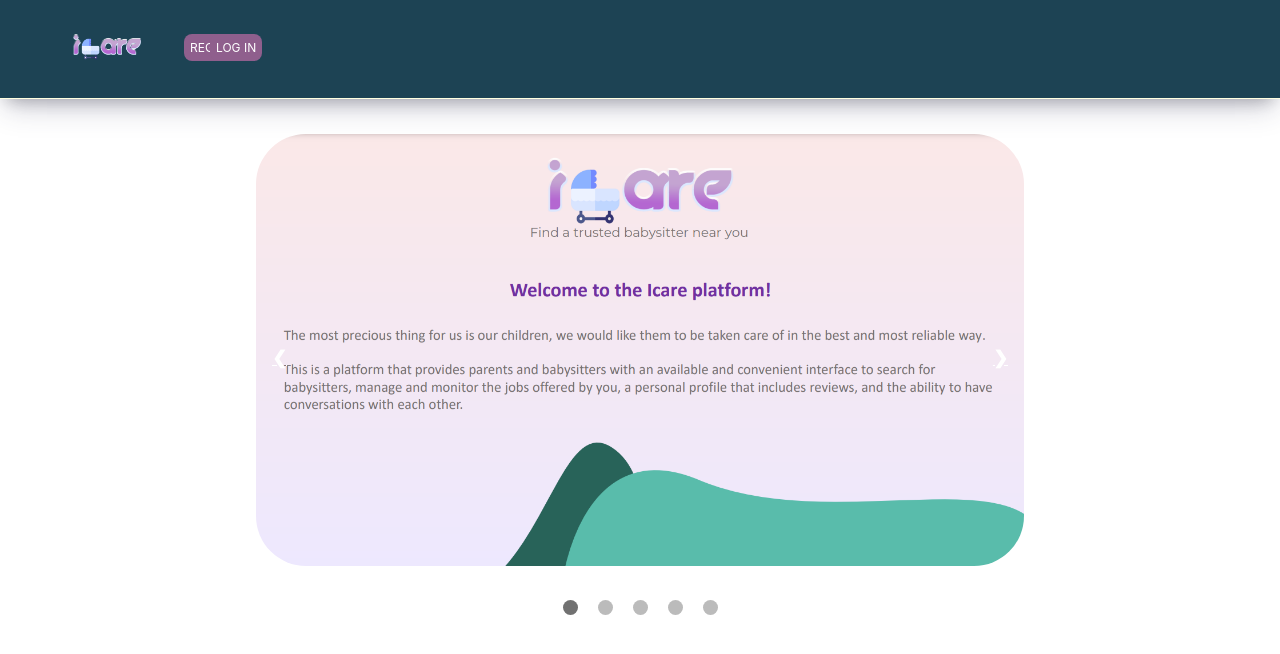
Repository: DorAzaria/iCare
Page: / (app in front-end/)
An editor plug-in stored every save of this project. The page is shown before and after the next save, followed by the edit.
The browser window is 1280 px wide. The pictures show the whole page.
The project was rebuilt for these pictures with package versions that can differ from the ones it lists, and the page was loaded fresh each time. Also part of the build but not shown: front-end/craco.config.js, front-end/src/database/Driver/index.js, front-end/src/shared/AppKeys/index.js, front-end/src/components/Shells/Navigation/index.jsx, front-end/src/shared/ErrorCodes/index.js, front-end/src/components/Views/LogIn/index.css, front-end/src/components/Views/LogIn/index.jsx, front-end/src/components/Partials/JobPost/index.css and 46 more.

Above is the page before, as saved 2022-08-16 15:15:49.

After the next save:
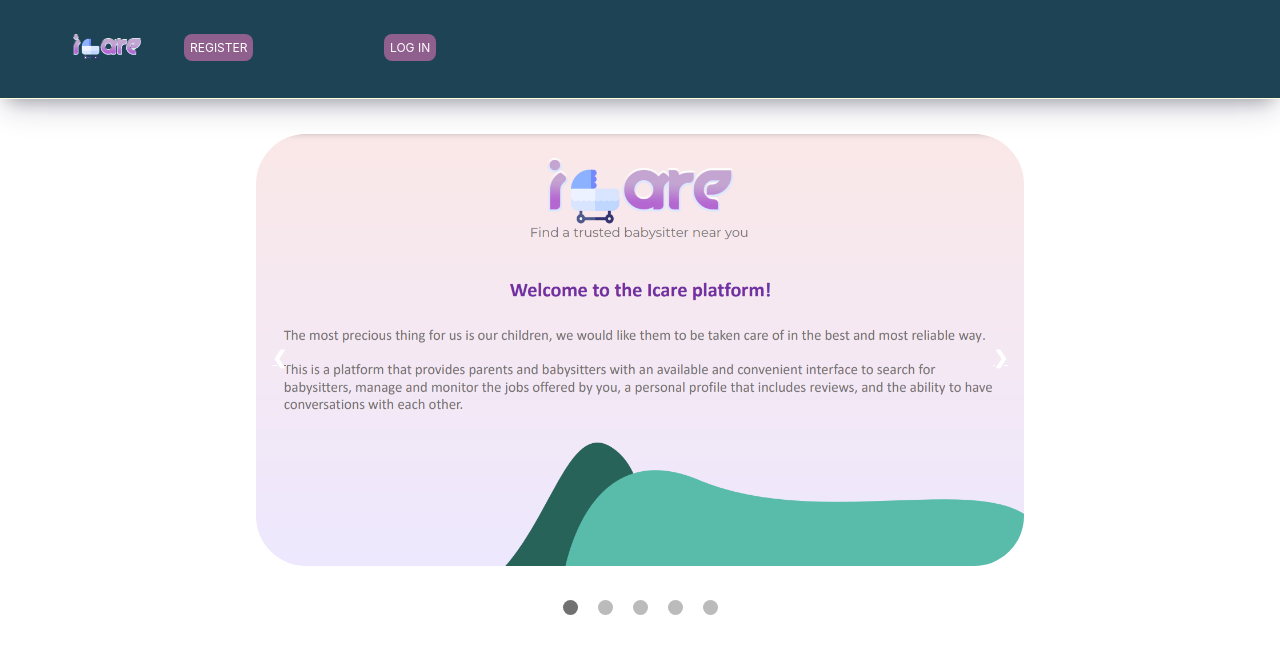
Saved 4 s later.
--- a/front-end/src/components/Views/Index/index.jsx
+++ b/front-end/src/components/Views/Index/index.jsx
@@ -155,7 +155,7 @@ class ViewIndex extends React.Component {
 
           <Nav className="mr-auto" navbar >
             <NavItem style={{paddingLeft: "26px",
-              marginBottom:"6px", width: '20px'}}>
+              marginBottom:"6px", width: '200px'}}>
             <Link className="Button_navigation" style={{minWidth: '200px', minHeight: '20px'}} to="/register">{ labelRegister }</Link>
             </NavItem>
             <NavItem style={{paddingLeft: "26px",
